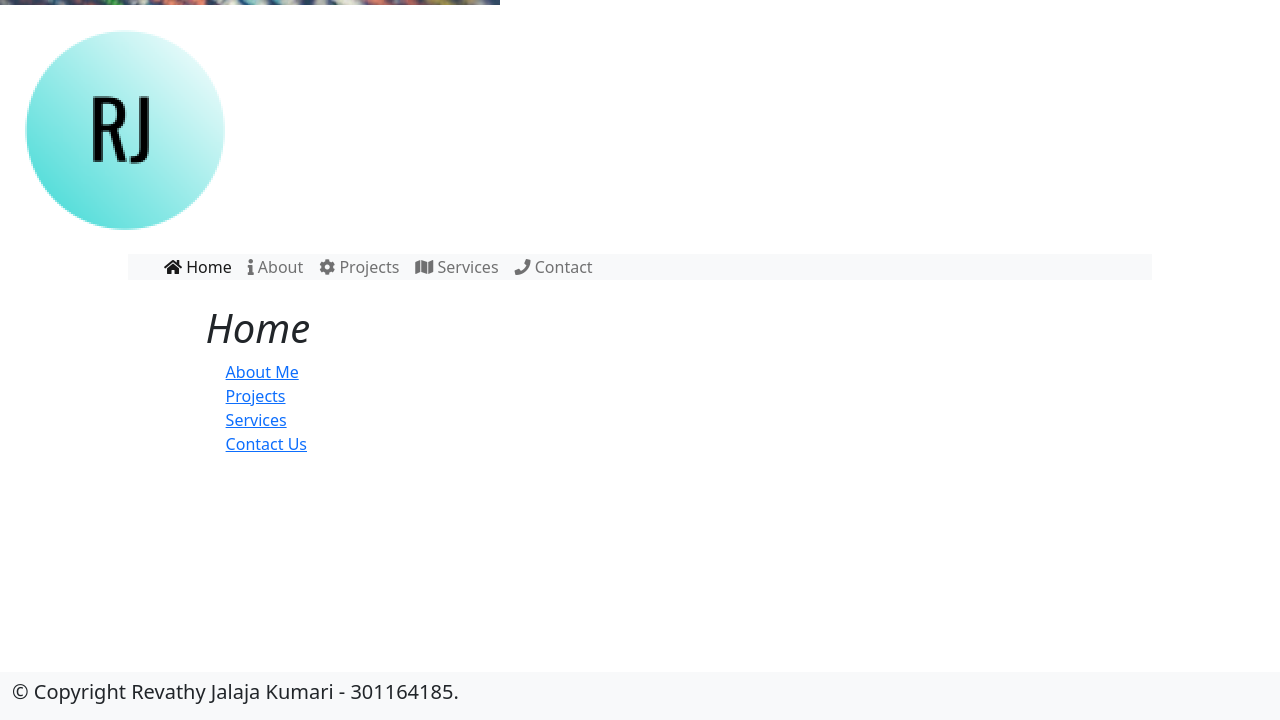
Repository: RevathyJK/Portfolio
Page: http://localhost/
An editor plug-in stored every save of this project. The page is shown before and after the next save, followed by the edit.
The browser window is 1280 px wide. The pictures show the whole page.
The page is served by the project's Node server (server.js).

Above is the page before, as saved 2021-10-01 12:16:30.

After the next save:
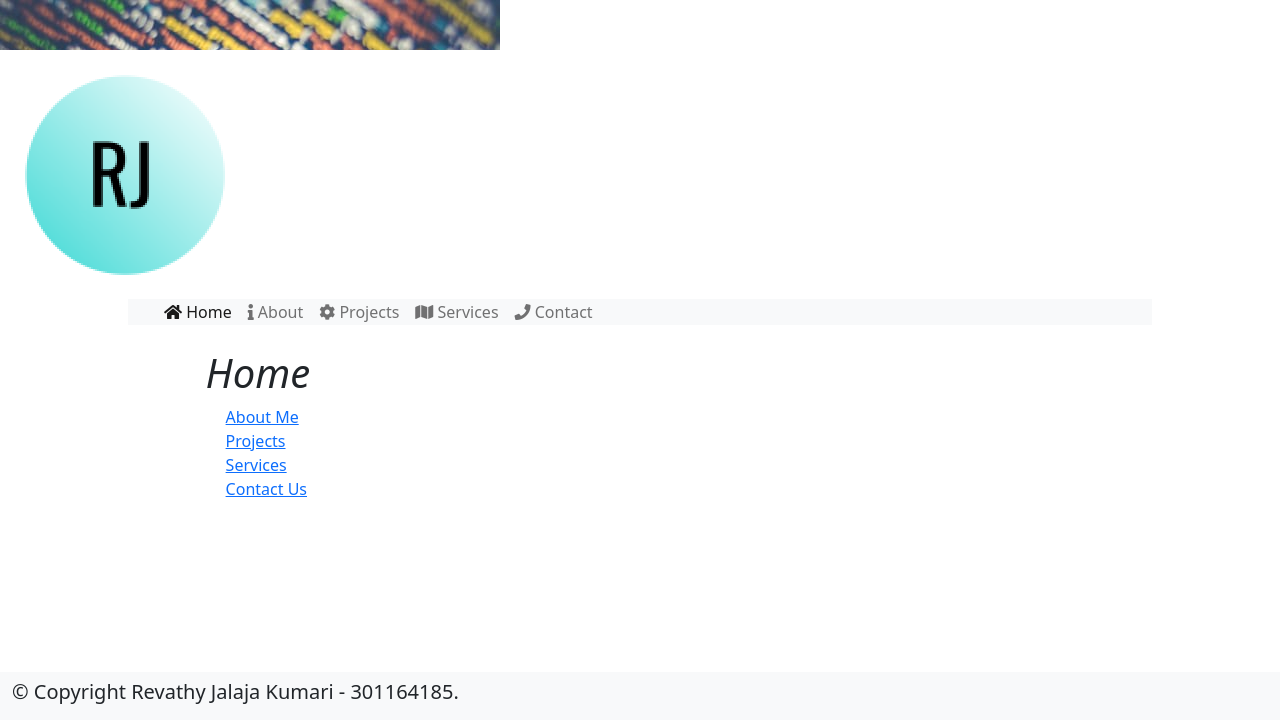
Saved 48 s later.
--- a/Client/Content/app.css
+++ b/Client/Content/app.css
@@ -22,7 +22,7 @@
 
 .header-img {
     width: 100%;
-    height: 5px;
+    height: 50px;
     background: url("/public/banner.jpg") no-repeat;
    /* background-image: "banner.jpg";
     background-attachment: fixed;
